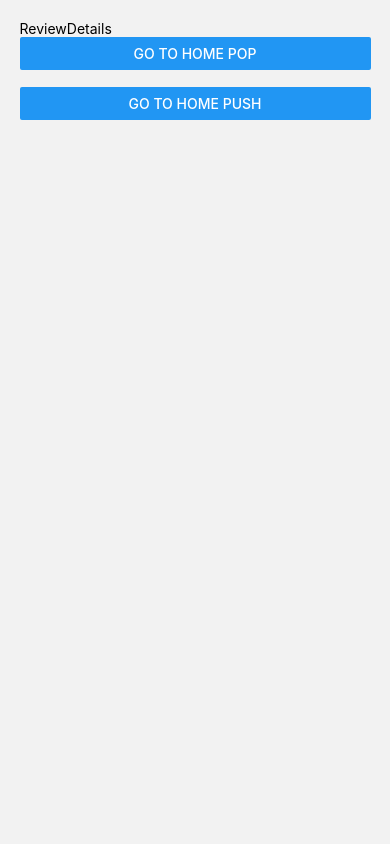
Repository: pheonixlegend/keleya
Screen: /Sign Up
The author's editor kept a copy of each file at every save. The screen is drawn from the files as they stood at one save, then again after the next save.
The app was drawn by React Native's web renderer in a window 390 px wide. The project was rebuilt for these pictures with package versions that can differ from the ones it lists, and the page was loaded fresh each time.

Above is the screen before, as saved 2021-09-29 02:11:31.

After the next save:
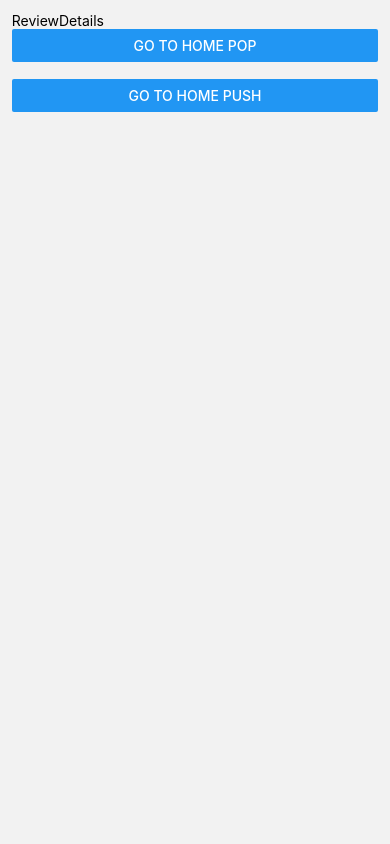
Saved 30 s later.
--- a/styles/Global.tsx
+++ b/styles/Global.tsx
@@ -4,6 +4,6 @@ export const Global = StyleSheet.create({
     container: {
         flex: 1,
         backgroundColor: 'transparent',
-        margin: '5%'
+        margin: '3%'
     }
 })
